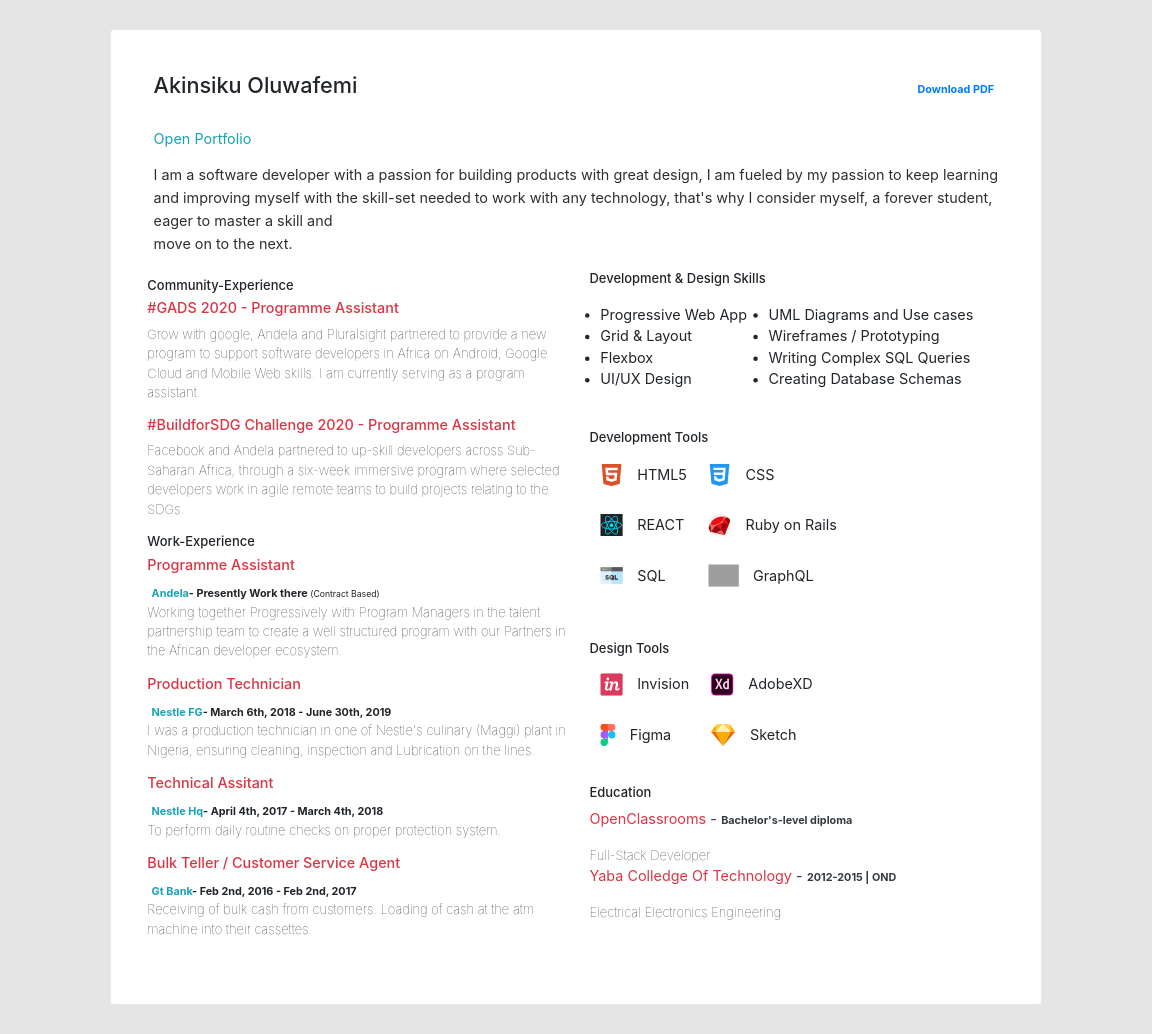
Repository: akinsikuoluwafemi/resume
Page: index.html
The author's editor kept a copy of each file at every save. The page is drawn from the files as they stood at one save, then again after the next save.
The browser window is 1280 px wide. The pictures show the whole page, at 90% of full size.
Pictures or frames that could not be fetched are drawn as grey boxes. The style sheet was rebuilt from its Sass, Less or Tailwind sources for each picture, by a compiler version that may differ from the author's.

Above is the page before, as saved 2020-08-26 19:29:18.

After the next save:
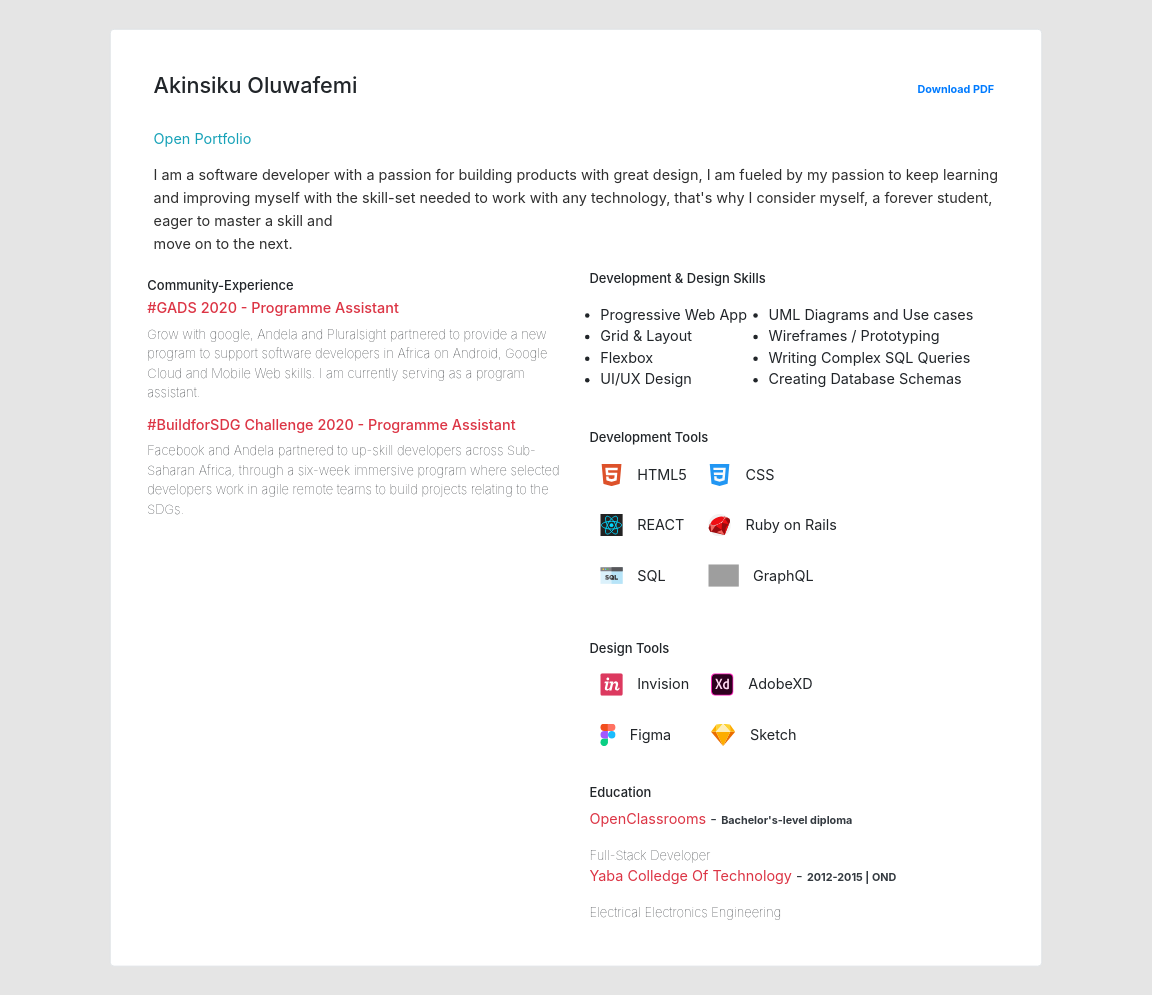
Saved 94 s later.
--- a/index.html
+++ b/index.html
@@ -75,39 +75,7 @@
 
 
 
-                    <!-- here -->
-                    <div>
-                        <h5 class="item__header">Work-Experience</h5>
-                        <h6 class="item__job text-danger">Programme Assistant</h6>
-                        <span class="badge"><span class="text-info">Andela</span>- Presently Work there <small>(Contract Based)</small></span>
-                        <p class="item__description">Working together Progressively with Program Managers in the talent partnership team to create a well structured program with our Partners in the
-                        African developer ecosystem.</p>
-
-                    </div>
-                    <div>
-                        <h6 class="item__job text-danger">Production Technician</h6>
-                        <span class="badge"><span class="text-info">Nestle FG</span>- March 6th, 2018 - June 30th, 2019 </span>
-                        <p class="item__description">I was a production technician in one of Nestle's culinary (Maggi)
-                            plant in
-                            Nigeria,
-                            ensuring cleaning, inspection and Lubrication on the lines.</p>
-
-                    </div>
-                    <div>
-                        <h6 class="item__job text-danger">Technical Assitant</h6>
-                        <span class="badge"><span class="text-info">Nestle Hq</span>- April 4th, 2017 - March 4th, 2018</span>
-                        <p class="item__description">To perform daily routine checks on proper protection system.
-                        </p>
-
-                    </div>
-                    <div>
-                        <h6 class="item__job text-danger">Bulk Teller / Customer Service Agent</h6>
-                        <span class="badge"><span class="text-info">Gt Bank</span>- Feb 2nd, 2016 - Feb 2nd, 2017 </span>
-                        <p class="item__description">Receiving of bulk cash from customers.
-                            Loading of cash at the atm machine into their cassettes.
-                            </p>
-
-                    </div>
+
                     <!-- here2 -->
 
 
